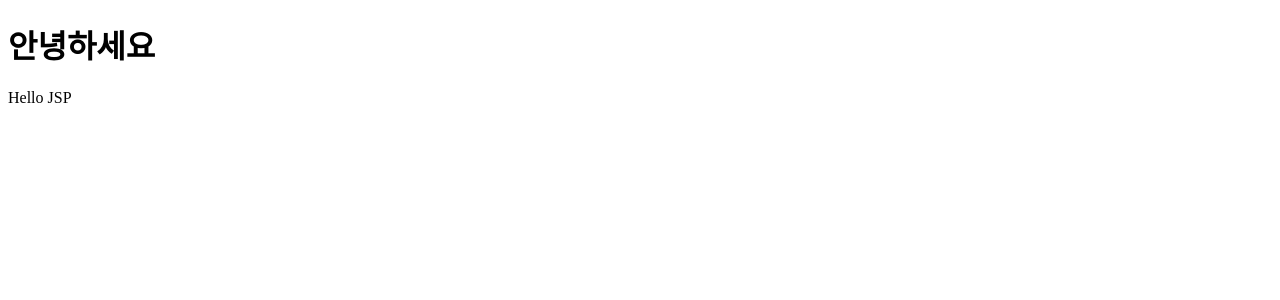
Repository: saahhh/Servlet-JSP-Workspace
Page: http://localhost/join/register.jsp
The author's editor kept a copy of each file at every save. The page is drawn from the files as they stood at one save, then again after the next save.
The browser window is 1280 px wide. The pictures show the whole page.
The page is served by Tomcat 9.

Above is the page before, as saved 2023-11-07 00:39:45.

After the next save:
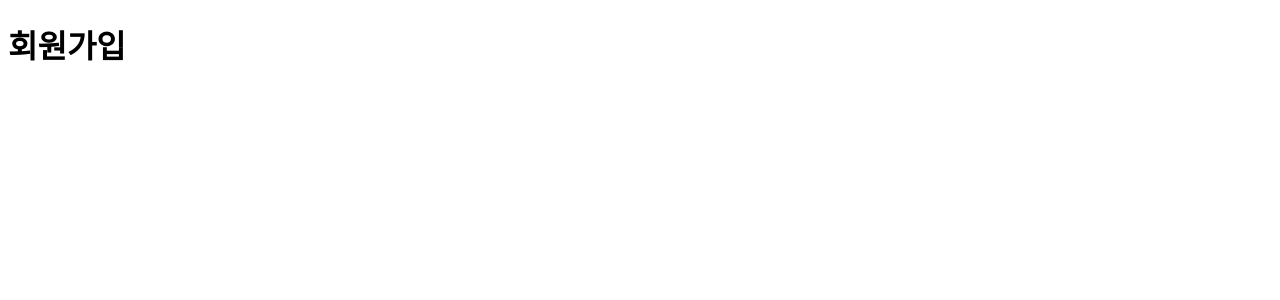
Saved 3 s later.
--- a/join/src/main/webapp/register.jsp
+++ b/join/src/main/webapp/register.jsp
@@ -7,11 +7,7 @@
 <title>Insert title here</title>
 </head>
 <body>
-<h1>안녕하세요</h1>
+<h1>회원가입</h1>
 
-<%
-String msg= "Hello JSP";
-out.println(msg);
-%>
 </body>
 </html>
